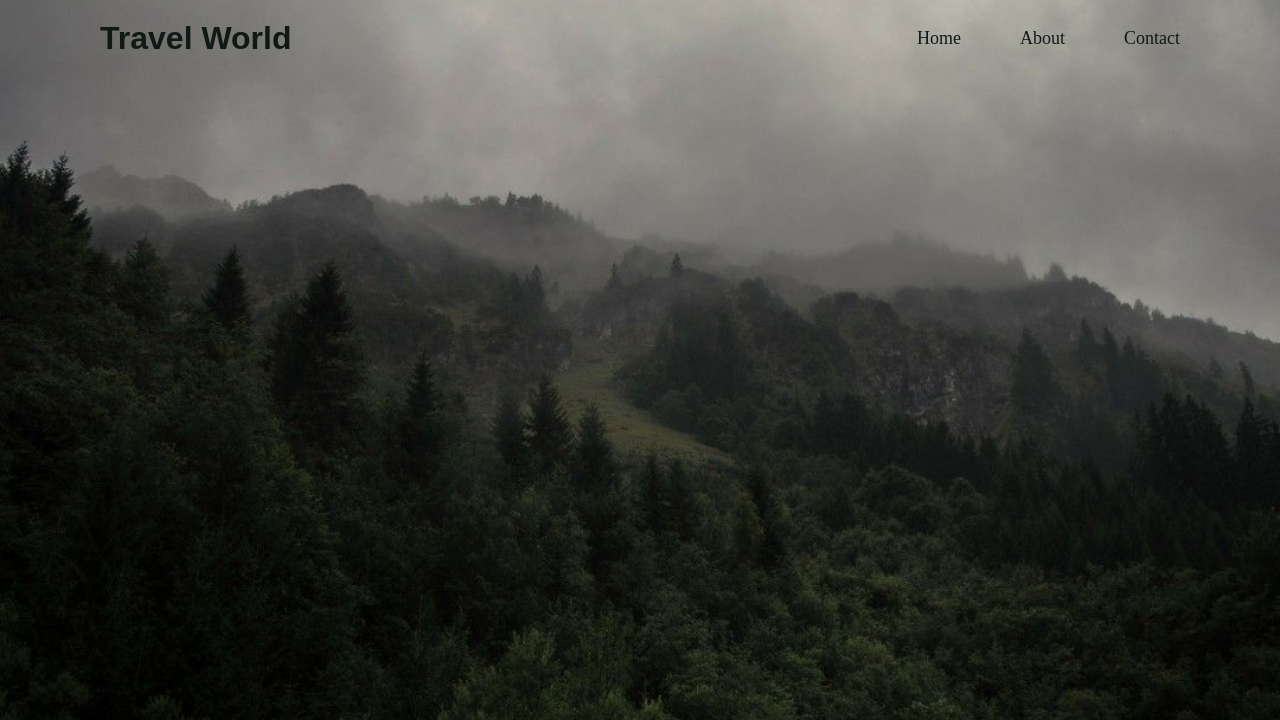
Repository: Haakim19/TravelWorld
Page: html/index.html
The author's editor kept a copy of each file at every save. The page is drawn from the files as they stood at one save, then again after the next save.
The browser window is 1280 px wide. The pictures show the whole page.

Above is the page before, as saved 2024-10-30 23:56:38.

### html/index.html
<!DOCTYPE html>
<html lang="en">
<head>
    <meta charset="UTF-8">
    <meta name="viewport" content="width=device-width, initial-scale=1.0">
    <title>Travel World</title>
    <link rel="stylesheet" href="../css/main.css">
</head>
<body>
    <header class="header">
        <h1 class="name">Travel <span>World</span></h1>
        <nav class="navbar">
                <a href="#">Home</a>
                <a href="#">About</a>
                <a href="#">Contact</a>
        </nav>
    </header>
    <!-- <img src="../assets/mirissa.jpg" alt=""> -->
    <!-- <div class="main-content">
        <div class="content">
            <h1>Sri Lanka</h1>
            <h2>Uncover the Wonders of the Pearl Island!</h2>
            <p>Discover the essence of Sri Lanka with a team that knows every hidden gem and iconic wonder! Our mission is to turn your trip into a blend of relaxation, excitement, and cultural discovery. From misty highlands and golden shores to rich heritage sites, our custom tours celebrate Sri Lanka’s breathtaking diversity. Get ready to make memories you’ll cherish forever as we take care of every detail for a truly magical journey!</p>
        </div>
        <div class="hover-card">
            <div id="card1">
                <div id="image-slider">
                    <img src="../assets/arugam bay.jpg" alt="">
                </div>
                <div id="card-content">
                    <h3><B>Pristine Beaches</B></h3>
                    <p> Golden sands and crystal-clear waters perfect for relaxation and water sports.</p>
                </div>
            </div>
            <div id="card2">
                <div id="image-slider">
                    <img src="../assets/teafeald.avif" alt="teafeald">
                    <img src="../assets/teafeald2.avif" alt="teafeald">
                </div>
                <div id="card-content">
                    <h3><B>Lush Tea Plantations</B></h3>
                    <p> Explore scenic hillsides and savor world-renowned Ceylon tea.</p>
                </div>
            </div>
            <div id="card3">
                <div id="image-slider">
                    <img src="../assets/temple.jpg" alt="temple">
                    <img src="../assets/ruins.webp" alt="">
                    <img src="../assets/temple3.jpg" alt="">
                </div>
                <div id="card-content">
                    <h3><B>Ancient Temples & Ruins</B></h3>
                    <p> Dive into a rich history with UNESCO heritage sites and sacred relics.</p>
                </div>
            </div>
            <div id="card4">
                <div id="image-slider">
                    <img src="../assets/yala.jpg" alt="">
                    <img src="../assets/wildlife.webp" alt="">
                    <img src="../assets/wildlife02.jpg" alt="">
                    <img src="../assets/wildlife04.jpg" alt="">
                </div>
                <div id="card-content">
                    <h3><B>Wildlife Safaris</B></h3>
                    <p> Encounter elephants, leopards, and exotic birds in diverse national parks.</p>
                </div>
            </div>
            <div id="card5">
                <div id="image-slider">
                    <img src="../assets/Ella02.jpg" alt="Ella">
                    <img src="../assets/Hanthana.jpg" alt="">
                    <img src="../assets/mountains02.jpg" alt="">
                </div>
                <div id="card-content">
                    <h3><B>Mountain Escapes</B></h3>
                    <p> Misty highlands with waterfalls, hiking trails, and cool climates.</p>
                </div>
            </div>
            <div id="card6">
                <div id="image-slider">
                    <img src="../assets/festivel.jpg" alt="">
                    <img src="../assets/festivel02.jpg" alt="">
                </div>
                <div id="card-content">
                    <h3><B>Cultural Festivals</B></h3>
                    <p> Vibrant celebrations showcasing traditional dance, music, and customs.</p>
                </div>
            </div>
            <div id="card7">
                <div id="image-slide">
                    <img src="../assets/cuisine.jpeg" alt="">
                    <img src="../assets/cuisine02.jpeg" alt="">
                    <img src="../assets/cuisine03.jpg" alt="">

                </div>
                <div id="card-content">
                    <h3><B>Flavorful Cuisine</B></h3>
                    <p> Delight in spicy curries, fresh seafood, and tropical fruits.</p>
                </div>
            </div>

        </div>
    </div>
    <div class="footer">
        <div id="icon">
            <img src="../assets/twitter.png" alt="twitter">
            <img src="../assets/facebook.png" alt="facebook">
            <img src="../assets/instagram.png" alt="instagram">
            <img src="../assets/whatsapp.png" alt="whatsapp">
        </div>
    </div> -->
</body>
</html>

### css/main.css
*{
    --color1: #101916;
    --color2:#355245;
    --color3:#afc186;
    --color4:#648374;
    --color5:#e3e5d8;
    --font01:Marker Felt, fantasy;
    --font02:cursive;
    --font03:DejaVu Sans Mono, monospace;
    --font04:Comic Sans MS, cursive;
    margin: 0;
    padding: 0;
    box-sizing: border-box;
}
body{
    min-height: 100vh;
    /* background: url('https://i.pinimg.com/564x/c7/36/f8/c736f83436d84ddc039fe42de40c8ec7.jpg'); */
    background:url('../assets/bg.jpg') no-repeat;
    background-size: cover;
    background-position: center;
}
.header{
    position: fixed;
    top: 0;
    left: 0;
    width: 100%;
    padding: 20px 100px;
    display: flex;
    background:transparent;
    justify-content:space-between;
    align-items: center;
    z-index: 100;
}
.name{
    font-family: "poppins", sans-serif;
    font-size: 32px;
    color: var(--color2);
    text-decoration: none;
    font-weight: 700;
    animation: animation 5s infinite;
}
.name span{
    color: var(--color1);
    animation: animation 5s infinite;
}
@keyframes animation{
    From{
        color: var(--color5);
        color: var(--color1);
    }
    To{
        color: var(--color1);
        color: var(--color5);
    }
}
.navbar a{
    position: relative;
    font-size: 18px;
    color: var(--color1);
    text-decoration: none;
    font-weight: 500;
    margin-left: 55px;
}
.navbar a::before{
    content: '';
    position: absolute;
    top: 100%;
    width: 0;
    left: 0;
    height: 2.5px;
    border-radius:100%;
    background: var(--color1);
}
.navbar a:hover::before{
    width: 100%;
    transition: 0.3s;
}

After the next save:
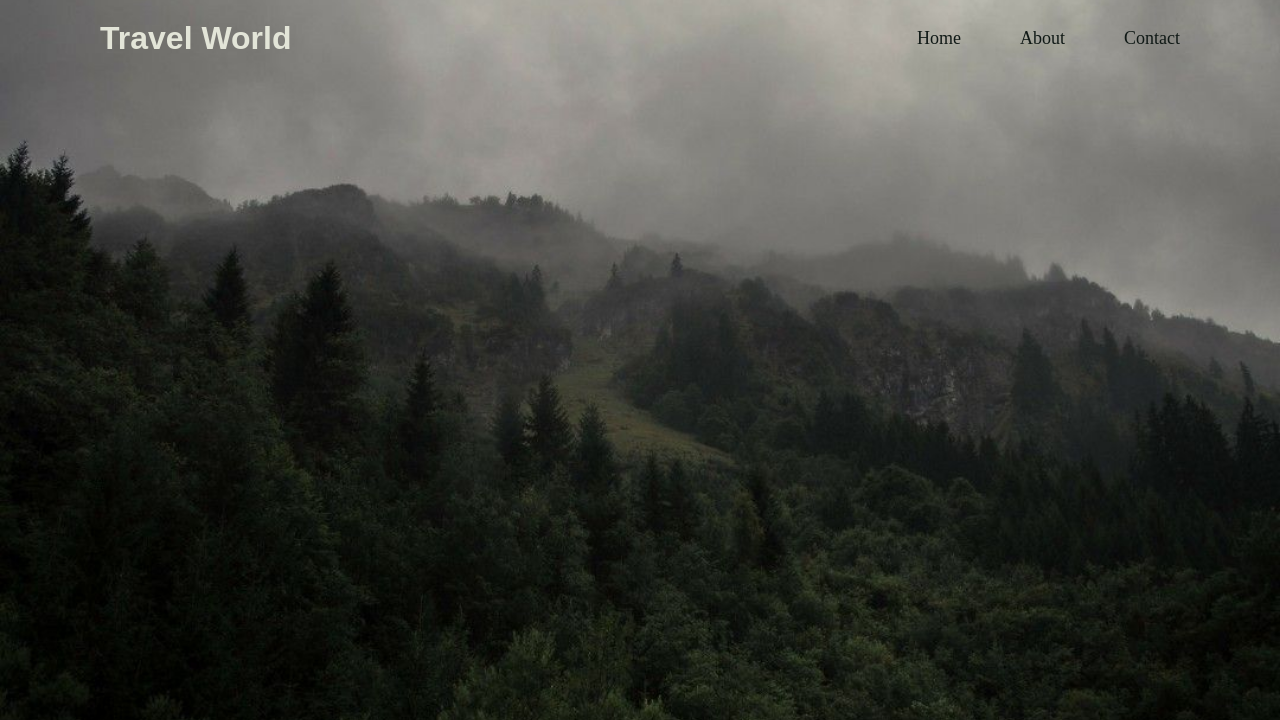
Saved 28 s later.
--- a/css/main.css
+++ b/css/main.css
@@ -46,7 +46,7 @@
 @keyframes animation{
     From{
         color: var(--color5);
-        color: var(--color1);
+        /* color: var(--color1); */
     }
     To{
         color: var(--color1);

After the save that followed:
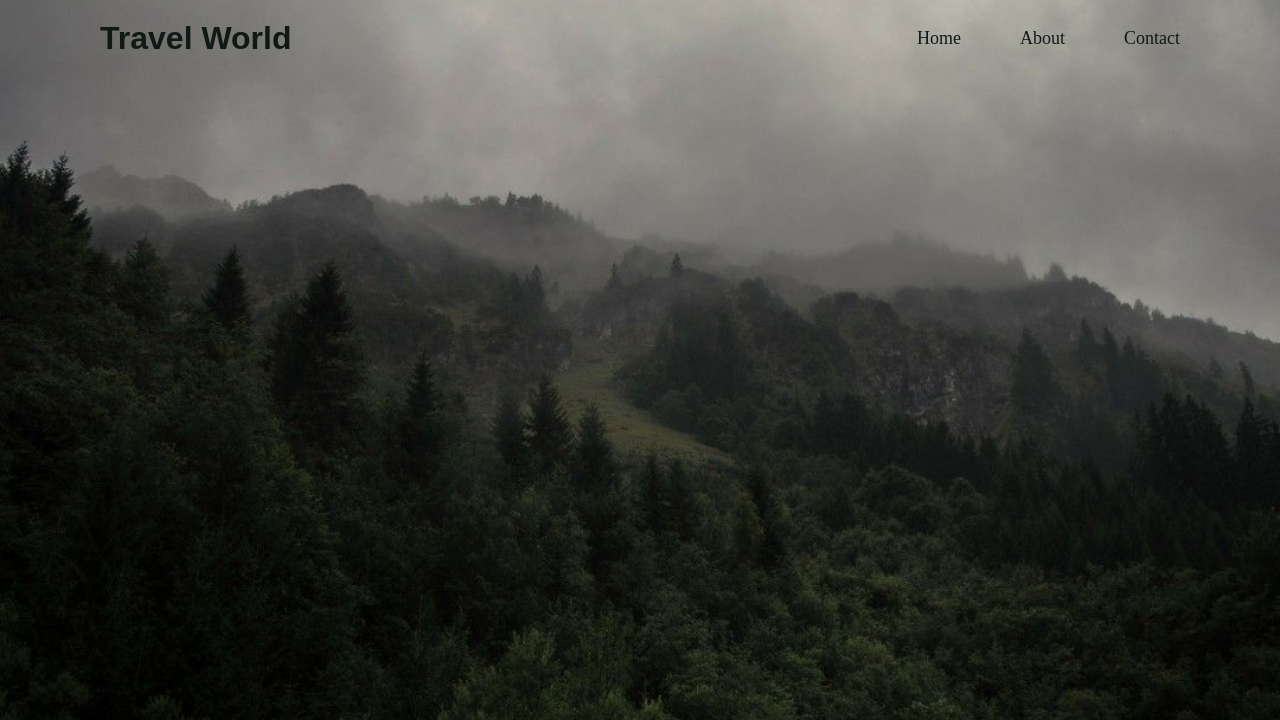
Saved 13 s later.
--- a/css/main.css
+++ b/css/main.css
@@ -46,7 +46,7 @@
 @keyframes animation{
     From{
         color: var(--color5);
-        /* color: var(--color1); */
+        color: var(--color1);
     }
     To{
         color: var(--color1);
